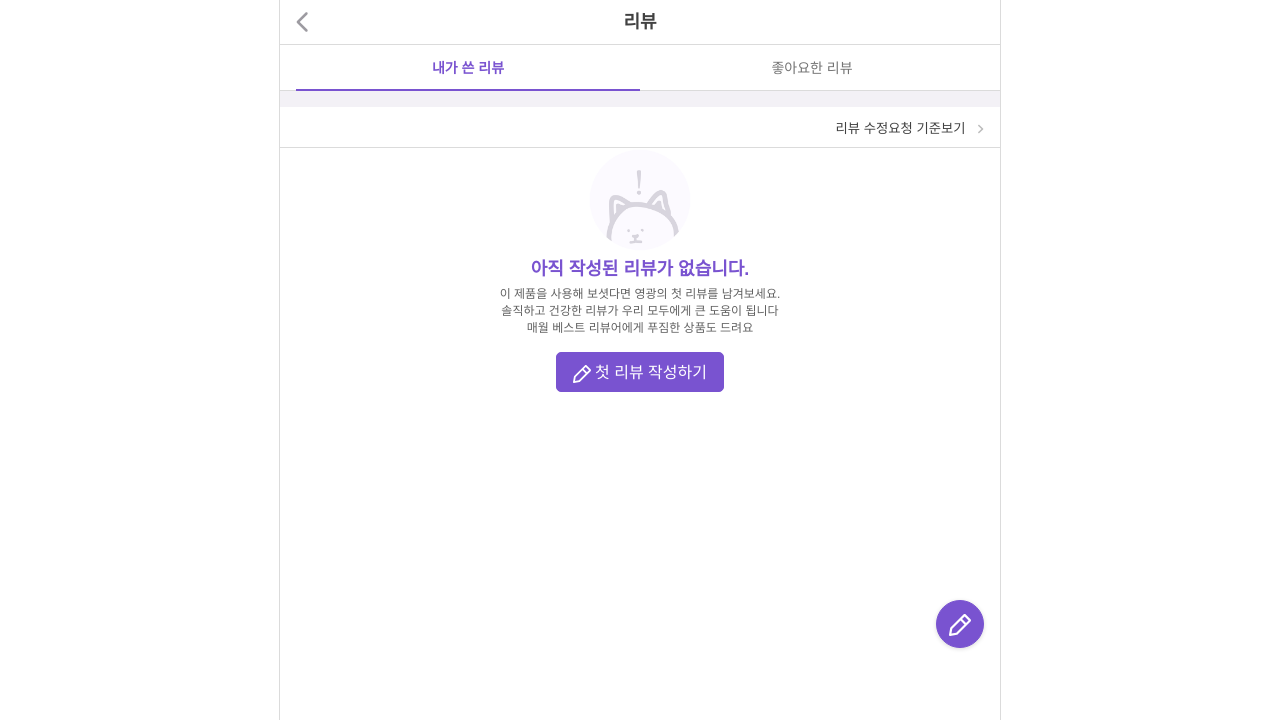
Repository: gosun1018/denguru
Page: my_review_mine_noreview.html
An editor plug-in stored every save of this project. The page is shown before and after the next save, followed by the edit.
The browser window is 1280 px wide. The pictures show the whole page.
Some web fonts or font styles are not loaded; a fallback is used. The style sheet was rebuilt from its Sass, Less or Tailwind sources for each picture, by a compiler version that may differ from the author's.

Above is the page before, as saved 2020-03-20 17:29:34.

After the next save:
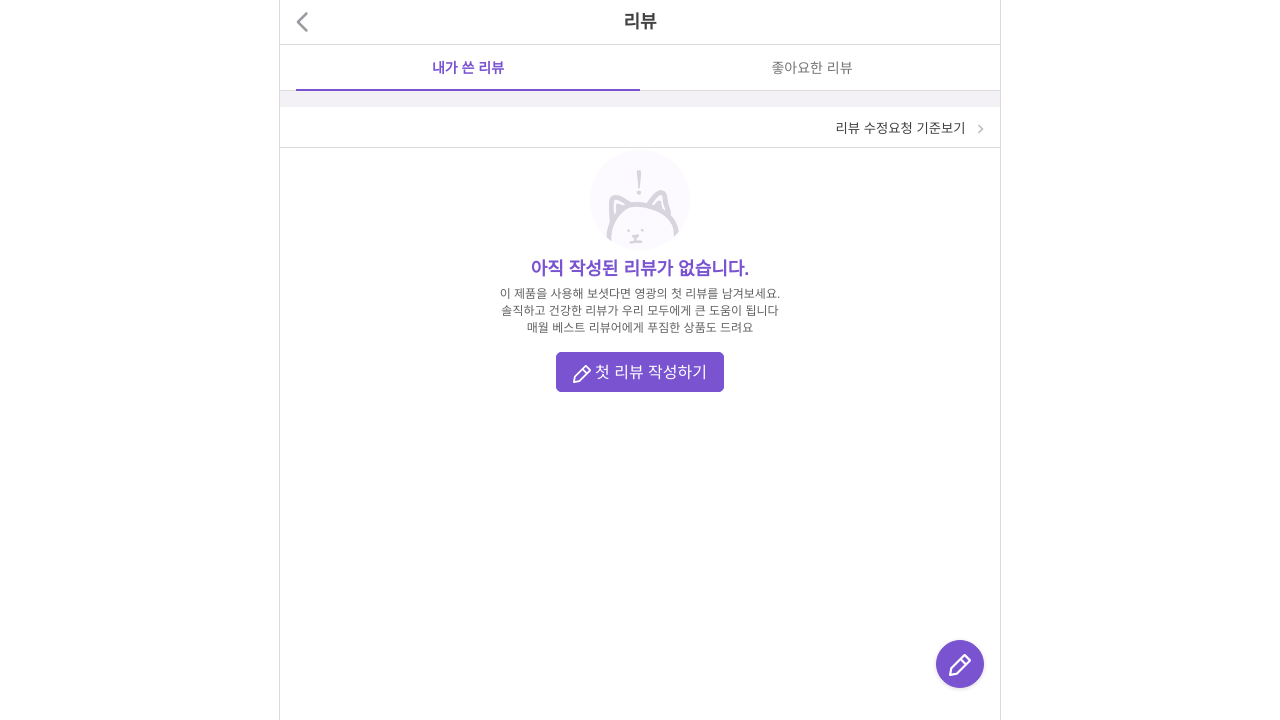
Saved 64 s later.
--- a/my_review_mine_noreview.html
+++ b/my_review_mine_noreview.html
@@ -26,7 +26,7 @@
             </div>
 
             <div class="review_item_container">
-                <div class="btn_fixed_box">
+                <div class="btn_fixed_box btn_fixed_box_nognb">
                     <a href="home_review_write.html" class="btn btn_circle btn_main btn_write"><img src="images/icon-write.svg" alt="리뷰쓰기" class="icon"></a>
                 </div>
                 <div class="review_item_top_bar btn_box">
